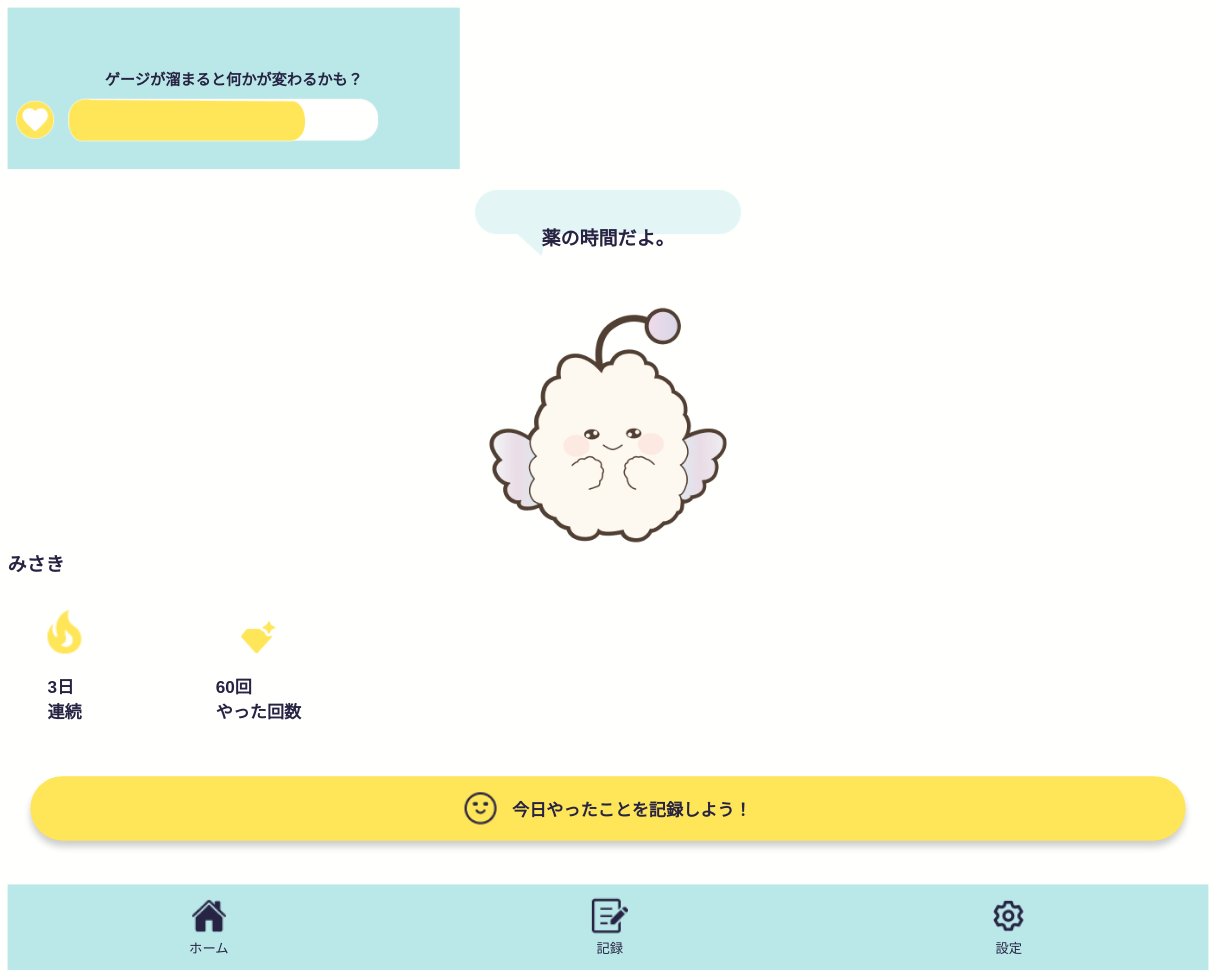
Repository: misaki0919/Self-care
Page: home_page.html
These files come from the project's save history. The page is drawn as it stood at one moment and after the next save; the edit follows.
The browser window is 1280 px wide. The pictures show the whole page, at 95% of full size.
Some web fonts or font styles are not loaded; a fallback is used.

Above is the page before, as saved 2026-07-20 22:00:22.

After the next save:
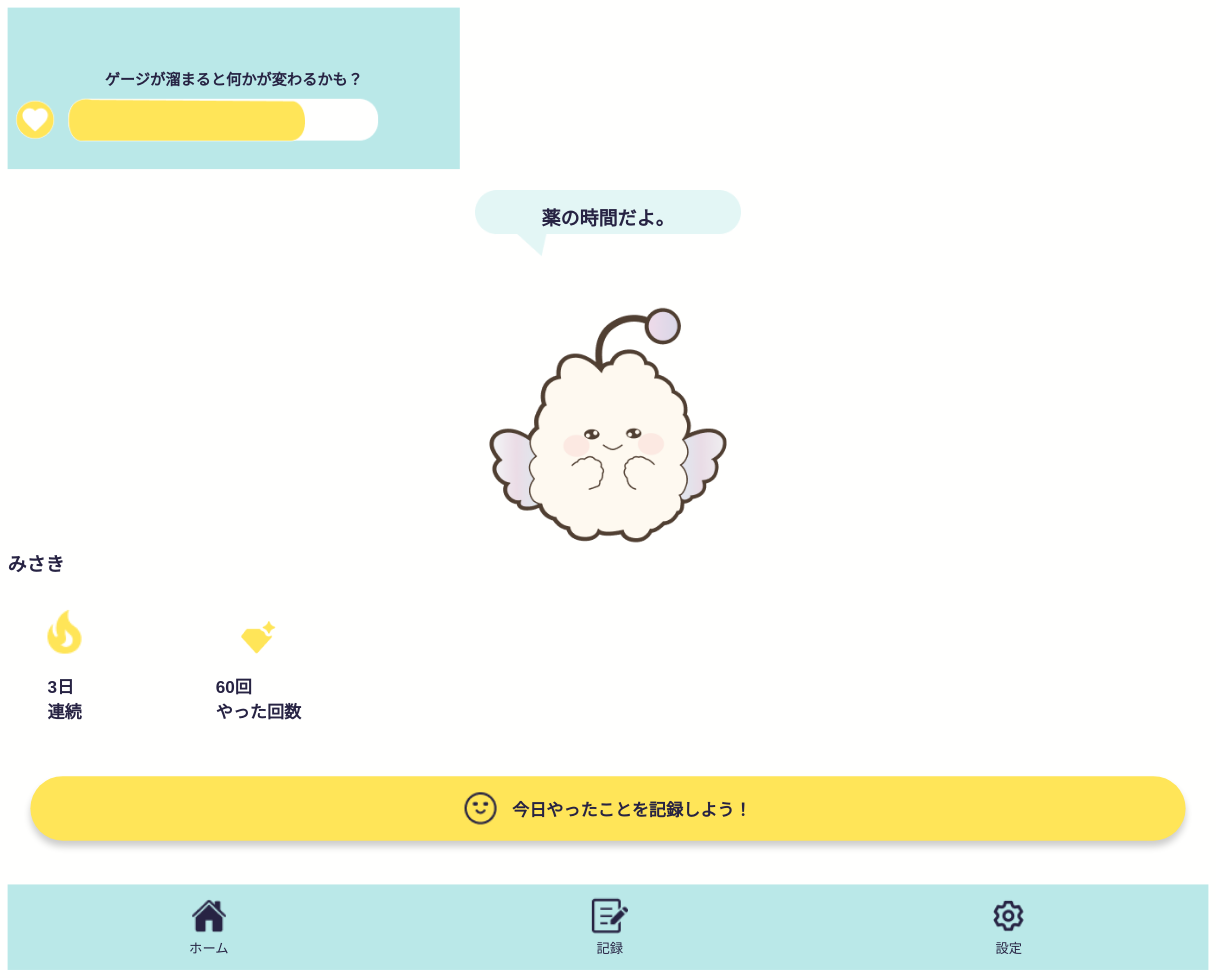
Saved 9 s later.
--- a/css/home_page.css
+++ b/css/home_page.css
@@ -92,7 +92,7 @@ body{
 
 .time{
     position:absolute;
-    top:35px;
+    bottom:35px;
     left:50%;
     transform:translateX(-50%);
     margin:0;
